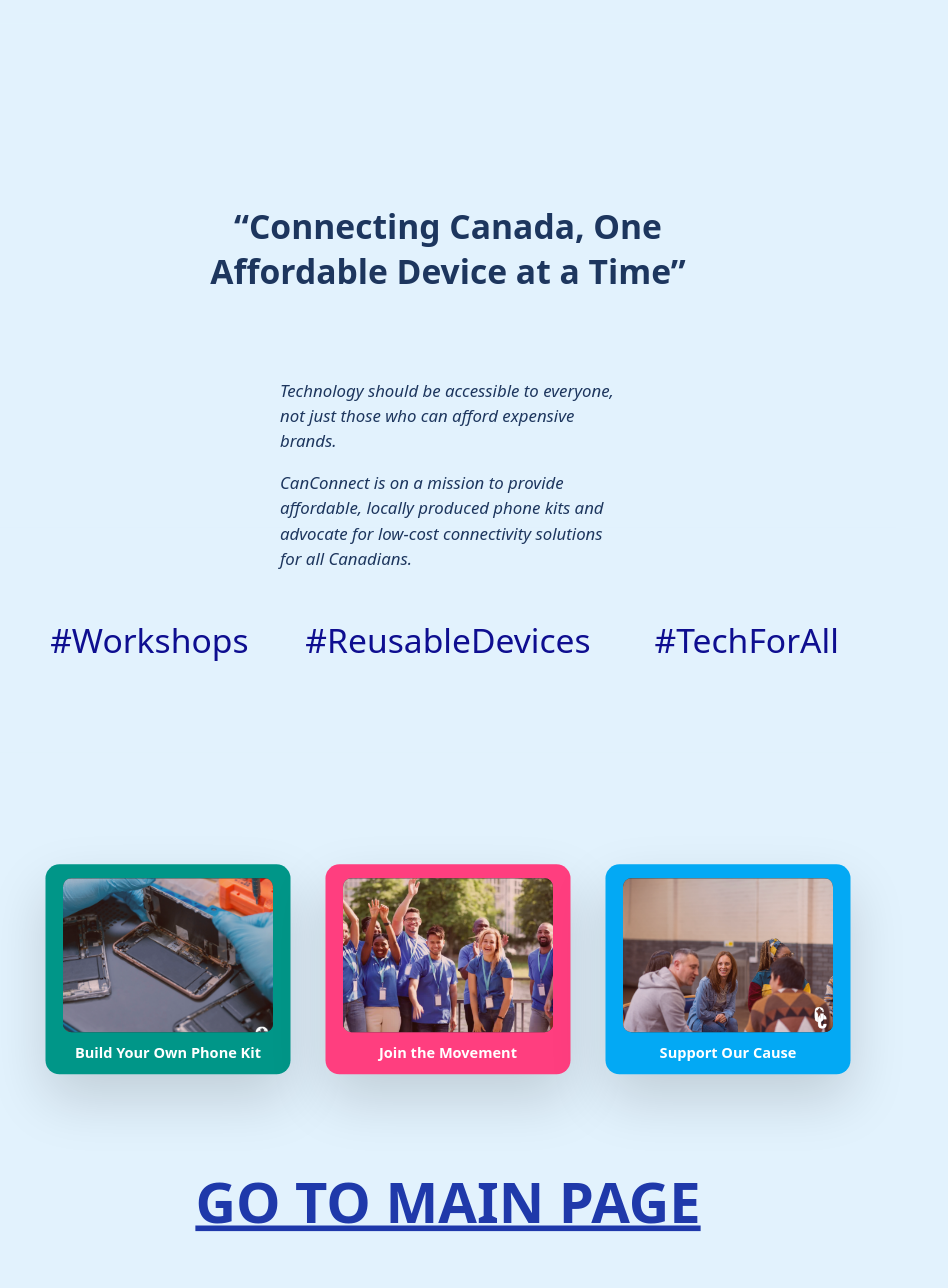
Repository: katelynyew/communityWebsite
Page: index.html
These files come from the project's save history. The page is drawn as it stood at one moment and after the next save; the edit follows.
The browser window is 1280 px wide. The page is 1354 px wide, so the pictures cover 1354 px, including what lies to the right of the window. The pictures show the part of the page from y = 2254 to 4094 px (the page is 4118 px tall), at 70% of full size.
Some web fonts or font styles are not loaded; a fallback is used. Some web libraries are served in a nearby version.

Above is the page before, as saved 2025-04-03 04:38:58.

After the next save:
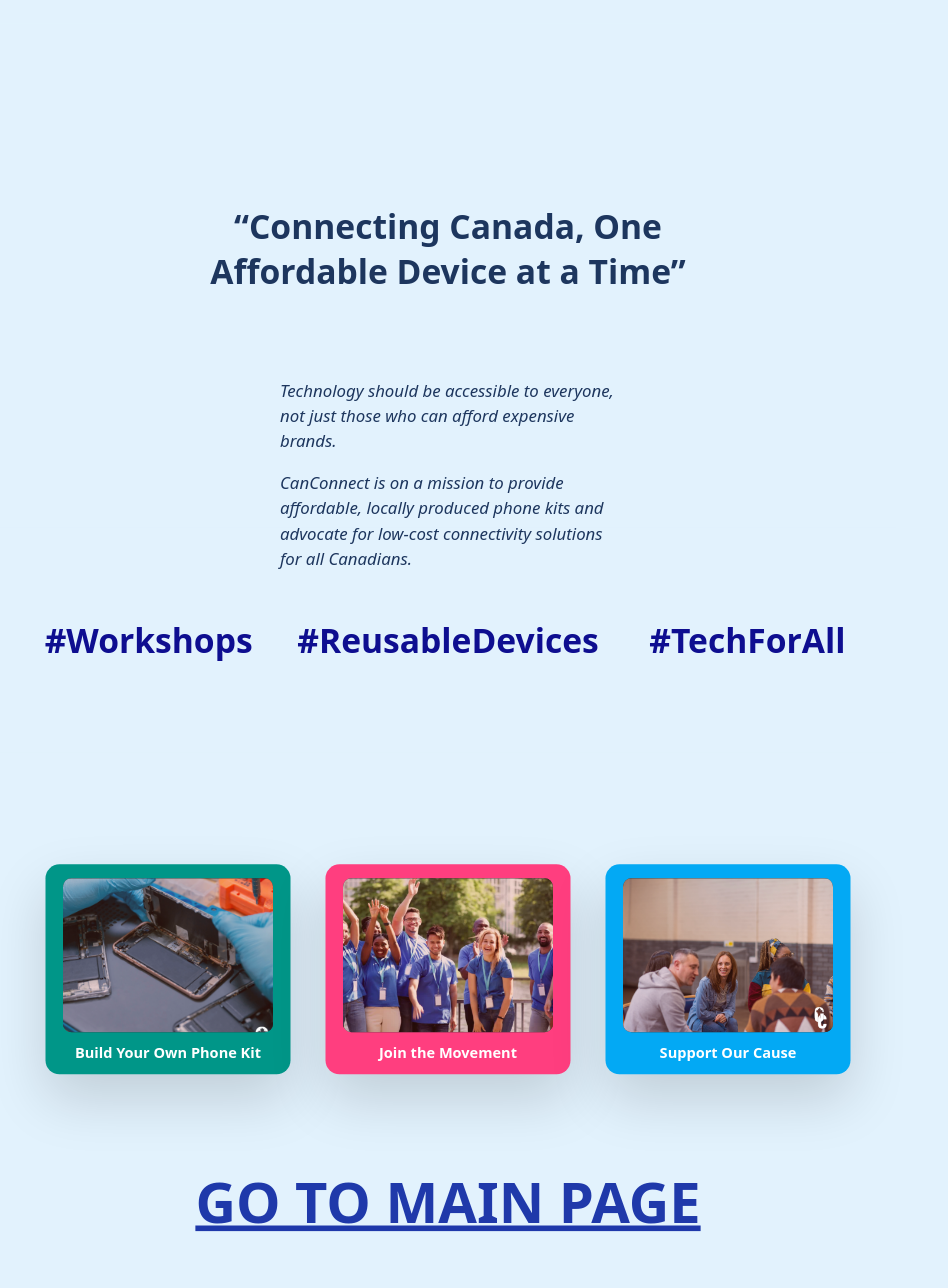
Saved 4 s later.
--- a/style.css
+++ b/style.css
@@ -229,7 +229,7 @@
     text-align: center;
     font-size: 3rem;
     color: rgb(14, 14, 144);
-    font-weight: heavier;
+    font-weight: bold;
 
 }
 .container {
